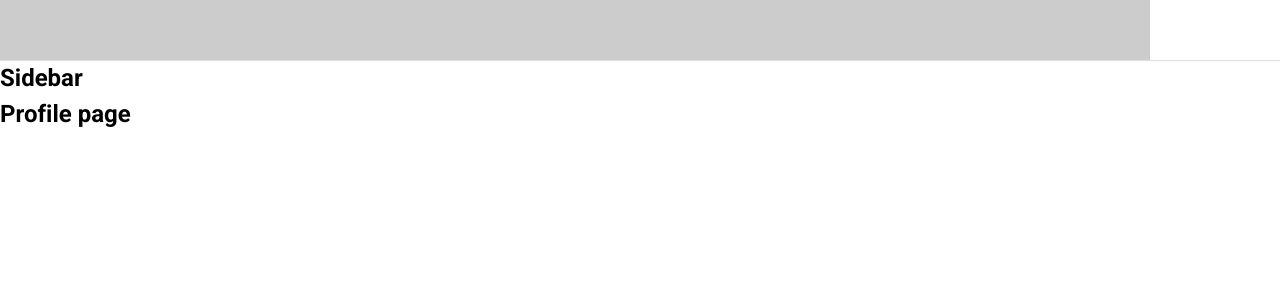
Repository: nguyenhaidang212/tiktok
Page: /profile
The author's editor kept a copy of each file at every save. The page is drawn from the files as they stood at one save, then again after the next save.
The browser window is 1280 px wide. The pictures show the whole page.
The project was rebuilt for these pictures with package versions that can differ from the ones it lists, and the page was loaded fresh each time. Also part of the build but not shown: src/pages/Home/index.js, src/pages/Following/index.js, src/pages/Upload/index.js, src/components/Layout/HeaderOnly/index.js, src/pages/Search/index.js.

Above is the page before, as saved 2023-04-27 13:04:26.

### src/App.js
import { BrowserRouter as Router, Routes, Route } from 'react-router-dom';
import { publicRoutes } from '~/routes';
import { DefaultLayout } from '~/components/Layout';
import { Fragment } from 'react';

function App() {
    return (
        <Router>
            <div className="App">
                <Routes>
                    {publicRoutes.map((route, index) => {
                        let Layout = DefaultLayout;
                        if (route.layout) {
                            Layout = route.layout;
                        } else if (route.layout === null) {
                            Layout = Fragment;
                        }
                        const Page = route.component;
                        return (
                            <Route
                                key={index}
                                path={route.path}
                                element={
                                    <Layout>
                                        <Page />
                                    </Layout>
                                }
                            />
                        );
                    })}
                </Routes>
            </div>
        </Router>
    );
}

export default App;

### src/routes/index.js
import Home from '~/pages/Home';
import Following from '~/pages/Following';
import Profile from '~/pages/Profile';
import Upload from '~/pages/Upload';
import { HeaderOnly } from '~/components/Layout/';
import Search from '~/pages/Search';
const publicRoutes = [
    { path: '/', component: Home },
    {
        path: '/following',
        component: Following,
    },
    { path: '/profile', component: Profile },
    { path: '/upload', component: Upload, layout: HeaderOnly },
    { path: '/search', component: Search, layout: null },
];
const privateRoutes = [];

export { publicRoutes, privateRoutes };

### src/components/GlobalStyles/GlobalStyles.scss
@import 'normalize.css';
@import url('https://fonts.googleapis.com/css2?family=Roboto:wght@300;400;500;700&display=swap');

:root {
    --primary: #fe2c55;
}
* {
    margin: 0;
    padding: 0;
    box-sizing: border-box;
}
html {
    font-size: 62.5%;
}
body {
    font-family: 'Roboto', sans-serif;
    font-size: 1.6rem;
    line-height: 1.5;
    text-rendering: optimizeSpeed;
}

### src/pages/Profile/index.js
import React from 'react';

const Profile = () => {
    return <h2>Profile page</h2>;
};

export default Profile;

### src/components/Layout/DefaultLayout/index.js
import React from 'react';
import Header from '~/components/Layout/components/Header';
import Sidebar from './Sidebar';

export default function DefaultLayout({ children }) {
    return (
        <div>
            <Header />
            <div className="container">
                <Sidebar />
                <div className="content">{children}</div>
            </div>
        </div>
    );
}

### src/components/Layout/components/Header/index.js
import React from 'react';
import styles from './Header.module.scss';
import classNames from 'classnames/bind';

const cx = classNames.bind(styles);

export default function Header() {
    return (
        <header className={cx('wrapper')}>
            <div className={cx('inner')}></div>
        </header>
    );
}

### src/components/Layout/DefaultLayout/Sidebar/index.js
import React from 'react';

export default function Sidebar() {
    return <h2>Sidebar</h2>;
}

### src/components/Layout/components/Header/Header.module.scss
.wrapper {
    height: 60px;
    box-shadow: 0px 1px 1px rgb(0 0 0/12%);
}
.inner {
    height: 100%;
    width: 1150px;
    background-color: #ccc;
    display: flex;
    justify-content: center;
}

Loaded but not shown: public/index.html (common file); src/index.js (common file); src/reportWebVitals.js (common file); src/components/GlobalStyles/index.js (common file); src/components/Layout/index.js (common file)

After the next save:
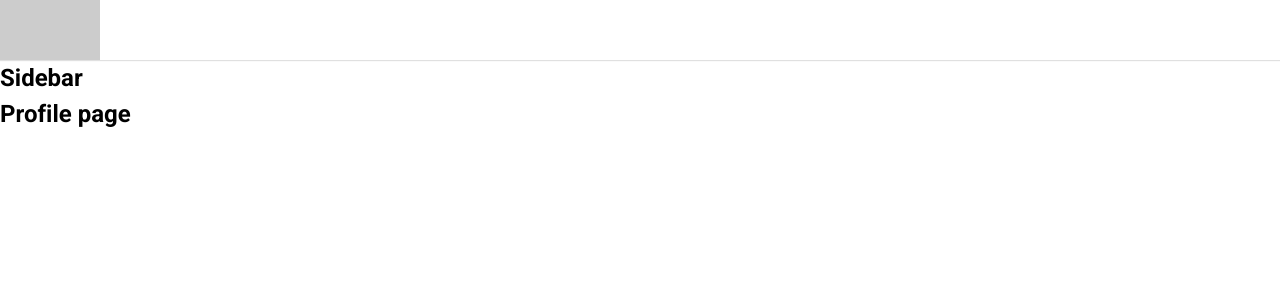
Saved 48 s later.
--- a/src/components/Layout/components/Header/Header.module.scss
+++ b/src/components/Layout/components/Header/Header.module.scss
@@ -4,7 +4,7 @@
 }
 .inner {
     height: 100%;
-    width: 1150px;
+    width: 100px;
     background-color: #ccc;
     display: flex;
     justify-content: center;

After the save that followed:
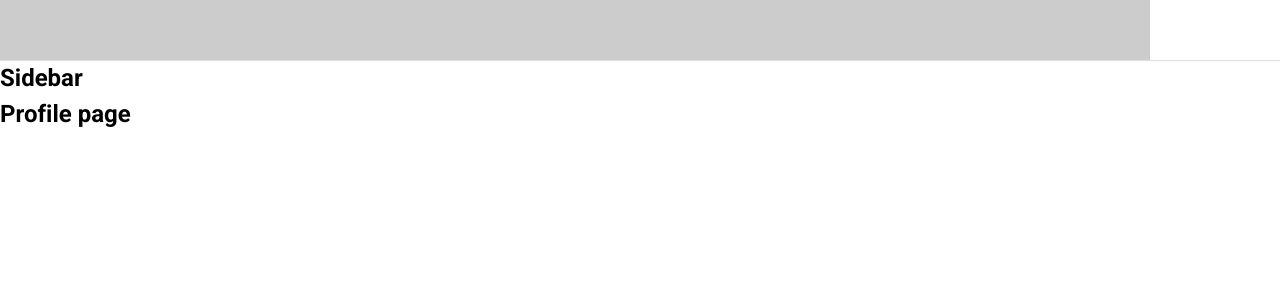
Saved 4 s later.
--- a/src/components/Layout/components/Header/Header.module.scss
+++ b/src/components/Layout/components/Header/Header.module.scss
@@ -4,7 +4,7 @@
 }
 .inner {
     height: 100%;
-    width: 100px;
+    width: 1150px;
     background-color: #ccc;
     display: flex;
     justify-content: center;
